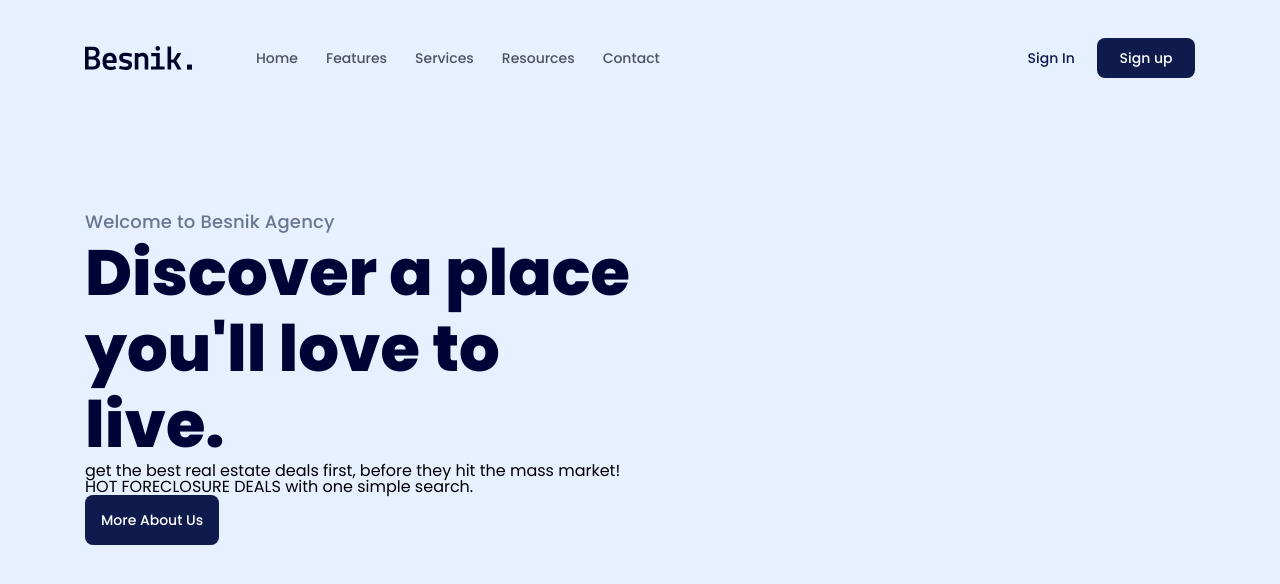
Repository: jessicapaa/F8-Project-01
Page: index.html
These files come from the project's save history. The page is drawn as it stood at one moment and after the next save; the edit follows.
The browser window is 1280 px wide. The pictures show the whole page.

Above is the page before, as saved 2024-03-08 07:23:33.

After the next save:
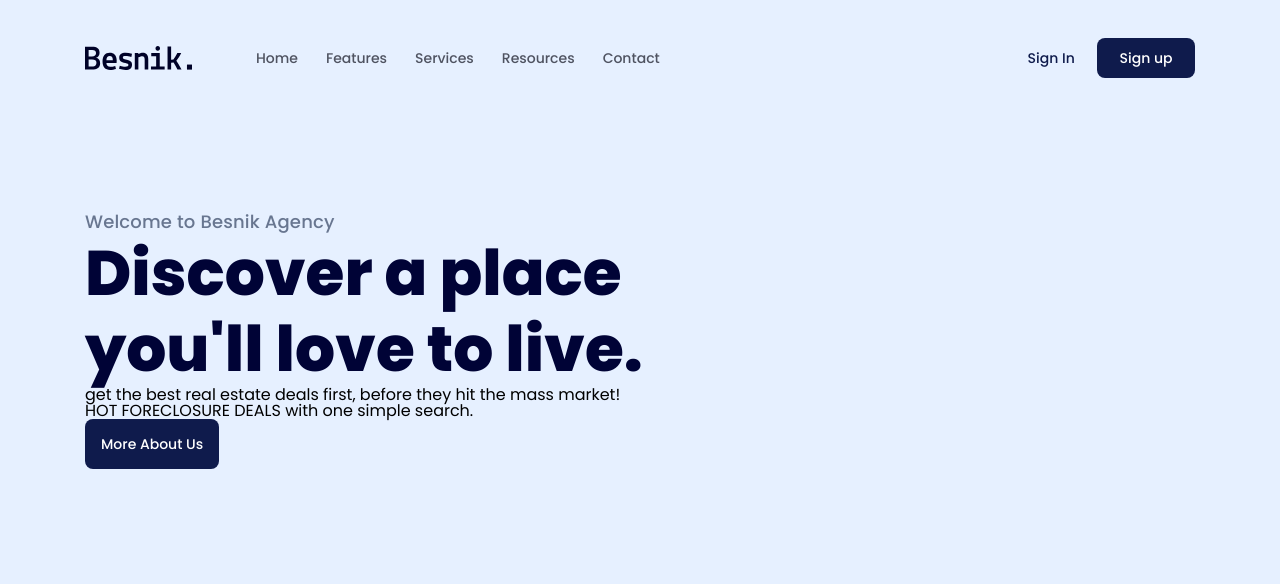
Saved 6 s later.
--- a/assets/css/styles.css
+++ b/assets/css/styles.css
@@ -95,7 +95,7 @@
 
 .hero .title {
     color: #000336;
-    font-size: 6.4rem;
+    font-size: 6.3rem;
     font-style: normal;
     font-weight: 700;
     line-height: 7.6rem; /* 118.75% */
